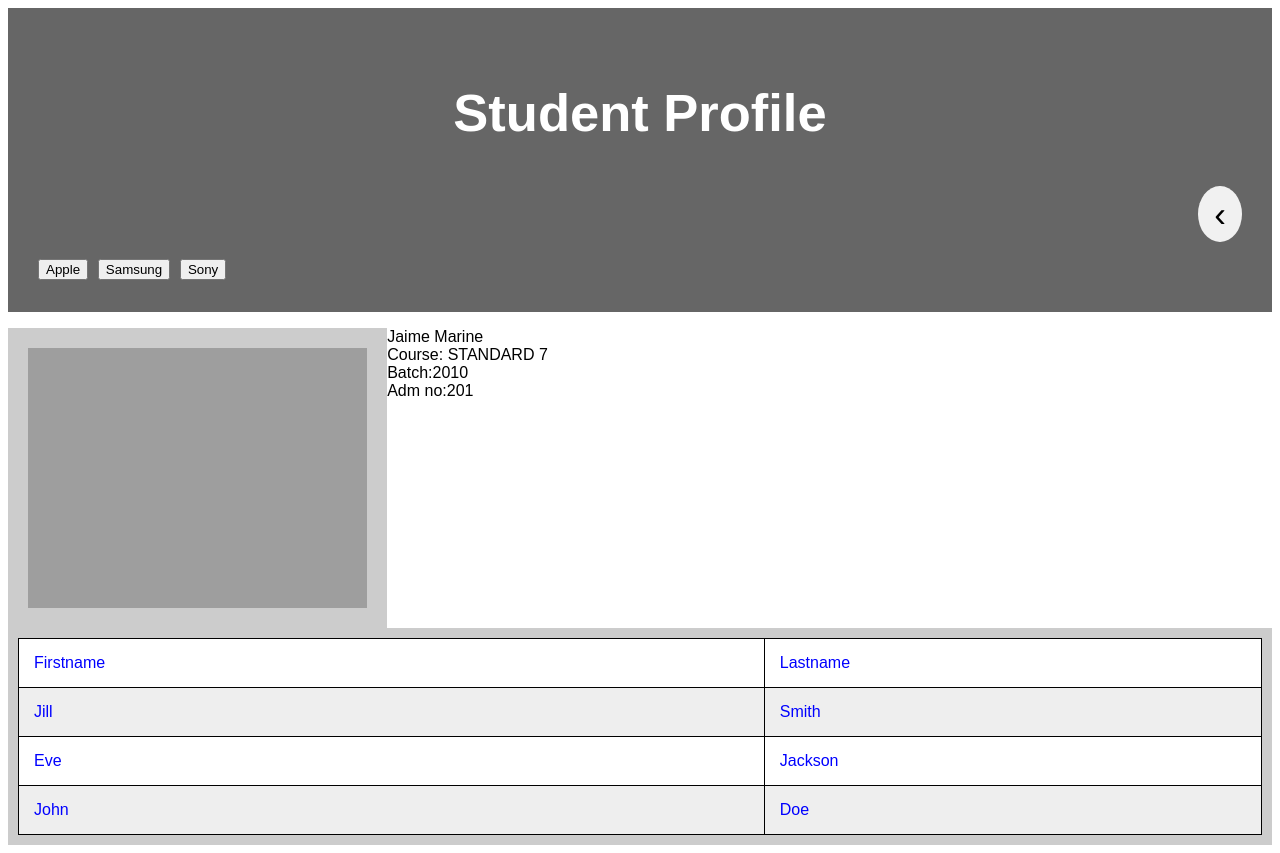
Repository: sandunigayanjali/Library_System
Page: http://localhost/library_management/studentProfile2.jsp
An editor plug-in stored every save of this project. The page is shown before and after the next save, followed by the edit.
The browser window is 1280 px wide. The pictures show the whole page.
Pictures or frames that could not be fetched are drawn as grey boxes. The page is served by Tomcat 9.

Above is the page before, as saved 2018-11-23 16:23:06.

### library management/WebContent/studentProfile2.jsp
<%@ page language="java" contentType="text/html; charset=ISO-8859-1"
    pageEncoding="ISO-8859-1"%>
<!DOCTYPE html PUBLIC "-//W3C//DTD HTML 4.01 Transitional//EN" "http://www.w3.org/TR/html4/loose.dtd">
<html>
<head>
 <meta charset="utf-8">
<meta name="viewport" content="width=device-width, initial-scale=1">
<title>Insert title here</title>

<style>
* {
    box-sizing: border-box;
}

body {
    font-family: Arial, Helvetica, sans-serif;
}

/* Style the header */
header {
    background-color: #666;
    padding: 30px;
    text-align: center;
    font-size: 35px;
    color: white;
}

/* Create two columns/boxes that floats next to each other */
aside{
    float: left;
    width: 30%;
    height: 300px; /* only for demonstration, should be removed */
    background: #ccc;
    padding: 20px;
}

/* Style the list inside the menu */
nav ul {
    list-style-type: none;
    padding: 0;
}

article {
    float: left;
    padding: 20px;
    width: 70%;
    background-color: #ccc;
    height: 300px; /* only for demonstration, should be removed */
}

/* Clear floats after the columns */
section:after {
    content: "";
    display: table;
    clear: both;
}

/* Style the footer */
footer {
    background-color: #ccc;
    padding: 10px;
    text-align: center;
    color: white;
}

/* Responsive layout - makes the two columns/boxes stack on top of each other instead of next to each other, on small screens */
/*@media (max-width: 600px) {
    nav, article {
        width: 100%;
        height: auto;
    }
}*/

table {
    width:100%;
}
table, th, td {
    border: 1px solid black;
    border-collapse: collapse;
    padding:3px;
}
th, td {
    padding: 15px;
    text-align: left;
}
table#t01 tr:nth-child(even) {
    background-color: #eee;

}
table#t01 tr:nth-child(odd) {
   background-color: #fff;

}
table{
border-spacing:3px;
}

a {
    text-decoration: none;
    display: inline-block;
    padding: 8px 16px;
}

a:hover {
    background-color: #ddd;
    color: black;
}

.previous {
    background-color: #f1f1f1;
    color: black;
}

.next {
    background-color: #4CAF50;
    color: white;
}

.round {
    border-radius: 50%;
}

</style>

</head>
<body>

<header>
  <h2>Student Profile</h2>

  <div align="right">


<a href="#" class="previous round">&#8249;</a>
</div>

  <div class="container">
 <div class="btn-group" align="left">
 <align="left">   <button type="button" class="btn btn-primary" >Apple</button>
    <button type="button" class="btn btn-primary">Samsung</button>

    <button type="button" class="btn btn-primary dropdown-toggle" data-toggle="dropdown">
    Sony<span class="caret"></span></button>
  </align>
</header>





<section>
<aside>
<img src="F:\library mangement\man.jpg" alt="Smiley face" width="100%" height="100%" align="left"></div>

</aside>
  <nav>
    <ul>
      <li>Jaime Marine</li>
      <li>Course: STANDARD 7</li>
      <li>Batch:2010</li>
       <li>Adm no:201</li>
    </ul>
  </nav>


</section>
<center>
<footer>
<font color="blue" border-spacing:"3px">
 <table id="t01" >
  <tr>
    <td width=60%>Firstname</td>
    <td width=40%>Lastname</td>

  </tr>
  <tr>
    <td width=60%>Jill</td>
    <td width=40%>Smith</td>

  </tr>
  <tr>
    <td width=60%>Eve</td>
    <td width=40%>Jackson</td>

  </tr>
  <tr>
    <td width=60%>John</td>
    <td width=40%>Doe</td>

  </tr>
</table>
</font>
</footer></center>
</body>
</html>

After the next save:
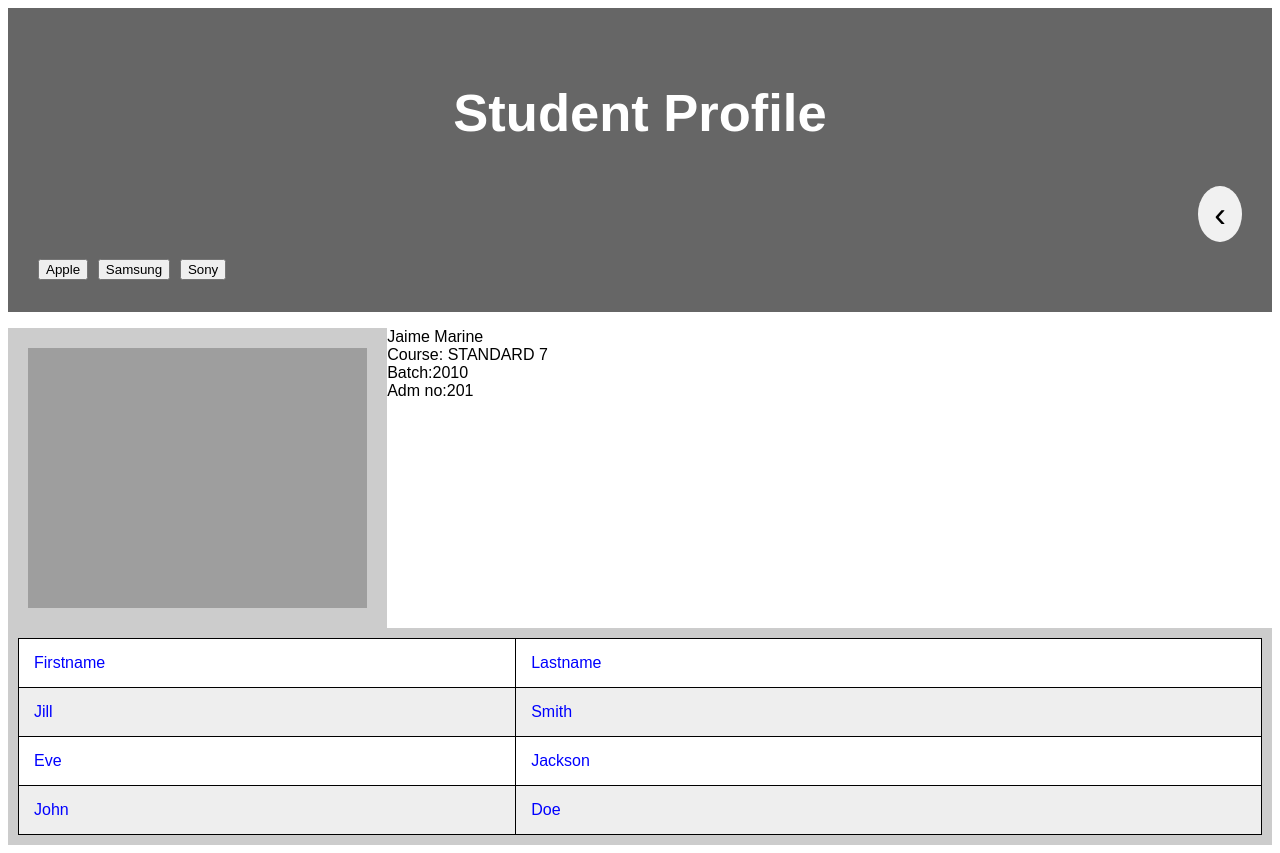
Saved 2 min 0 s later.
--- a/library management/WebContent/studentProfile2.jsp
+++ b/library management/WebContent/studentProfile2.jsp
@@ -169,23 +169,23 @@ a:hover {
 <font color="blue" border-spacing:"3px">
  <table id="t01" >
   <tr>
-    <td width=60%>Firstname</td>
-    <td width=40%>Lastname</td>
+    <td width=40%>Firstname</td>
+    <td width=60%>Lastname</td>
 
   </tr>
   <tr>
-    <td width=60%>Jill</td>
-    <td width=40%>Smith</td>
+    <td width=40%>Jill</td>
+    <td width=60%>Smith</td>
 
   </tr>
   <tr>
-    <td width=60%>Eve</td>
-    <td width=40%>Jackson</td>
+    <td width=40%>Eve</td>
+    <td width=60%>Jackson</td>
 
   </tr>
   <tr>
-    <td width=60%>John</td>
-    <td width=40%>Doe</td>
+    <td width=40%>John</td>
+    <td width=60%>Doe</td>
 
   </tr>
 </table>
